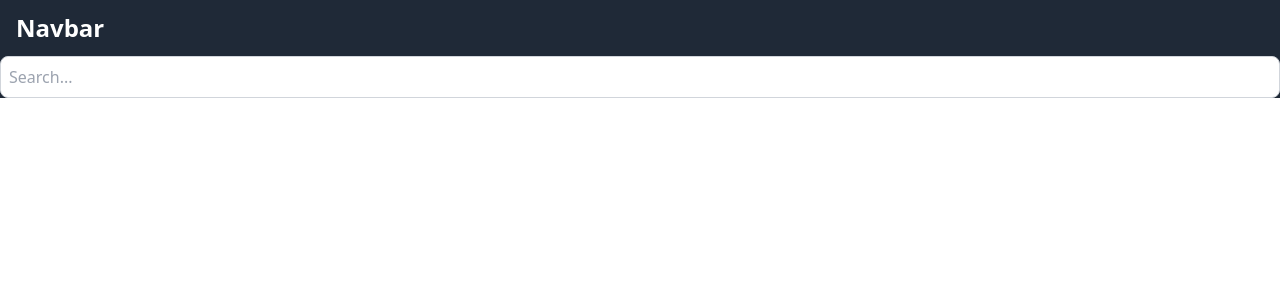
Repository: cynthiamoraa/flowithme
Page: / (app in frontend/)
These files come from the project's save history. The page is drawn as it stood at one moment and after the next save; the edit follows.
The browser window is 1280 px wide. The pictures show the whole page.
The project was rebuilt for these pictures with package versions that can differ from the ones it lists, and the page was loaded fresh each time. Also part of the build but not shown: frontend/vite.config.js.

Above is the page before, as saved 2024-11-19 16:50:34.

### frontend/src/App.jsx
import { useState } from 'react'

import Navbar from './components/Navbar'

function App() {


  return (
  <Navbar />
  )
}

export default App

### frontend/src/components/Navbar.jsx


const Navbar = () => {

  return (
    <nav className="bg-gray-800 text-white">
      <div className="flex justify-between items-center px-4 py-3">
        <h1 className="text-2xl font-bold">Navbar</h1>
      </div>

      <div className="flex justify-between items-center ">
        <input
          type="text"
          placeholder="Search..."
          className="w-full p-2 border border-gray-300 rounded-lg focus:outline-none focus:ring-2 focus:ring-blue-500"
        />
      </div>
    </nav>
  );
};

export default Navbar;

Loaded but not shown: frontend/index.html (common file); frontend/src/main.jsx (common file); frontend/src/index.css (common file); frontend/tailwind.config.js (common file)

After the next save:
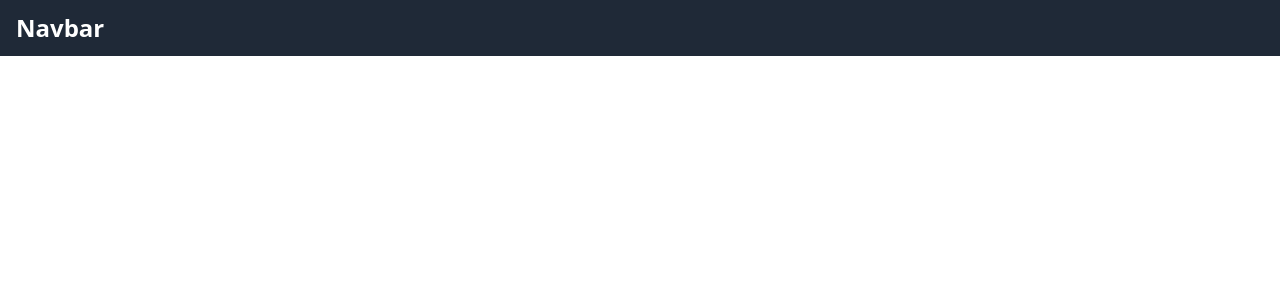
Saved 11 s later.
--- a/frontend/src/components/Navbar.jsx
+++ b/frontend/src/components/Navbar.jsx
@@ -9,11 +9,7 @@
       </div>
 
       <div className="flex justify-between items-center ">
-        <input
-          type="text"
-          placeholder="Search..."
-          className="w-full p-2 border border-gray-300 rounded-lg focus:outline-none focus:ring-2 focus:ring-blue-500"
-        />
+
       </div>
     </nav>
   );
